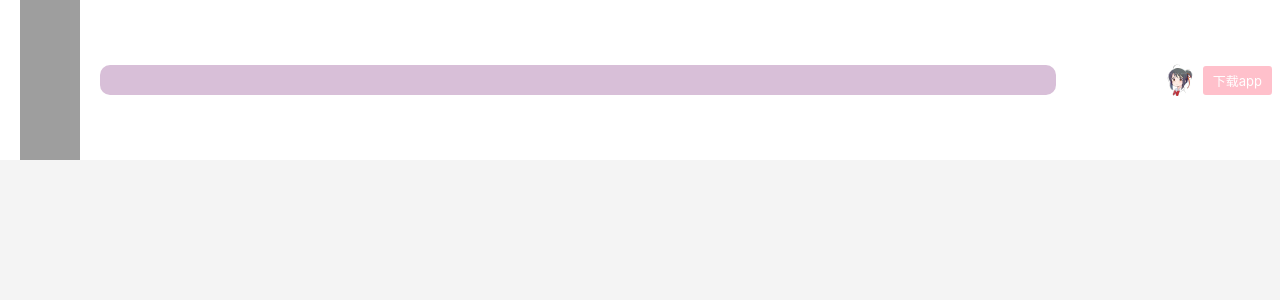
Repository: caiys666/bilibili
Page: /#/userinfo
These files come from the project's save history. The page is drawn as it stood at one moment and after the next save; the edit follows.
The browser window is 1280 px wide. The pictures show the whole page.
Pictures or frames that could not be fetched are drawn as grey boxes. The project was rebuilt for these pictures with package versions that can differ from the ones it lists, and the page was loaded fresh each time. Also part of the build but not shown: vue.config.js, src/components/HelloWorld.vue, src/views/Home.vue.

Above is the page before, as saved 2020-10-01 21:26:20.

### src/main.js
import Vue from 'vue';
import App from './App.vue';
import router from './router';
import store from './store';
import Vant from 'vant';
import 'vant/lib/index.css';
import http from '../http'
import { Toast } from 'vant';

Vue.prototype.$msg = Toast
Vue.prototype.$http = http
Vue.use(Vant);
Vue.config.productionTip = false

new Vue({
  router,
  store,
  render: h => h(App)
}).$mount('#app')

### src/App.vue
<template>
<div id="app">

    <router-view />
</div>
</template>

<style>
body {
    margin: 0;
    padding: 0;
    box-sizing: border-box;
    background-color: #f4f4f4;
}
p{
    margin: 0;
    padding: 0;
}
</style>

### src/router/index.js
import Vue from 'vue'
import VueRouter from 'vue-router'
import Home from '../views/Home.vue'

Vue.use(VueRouter)

const routes = [
  {
    path: '/home',
    name: 'Home',
    component: Home
  },
  {
    path: '/login',
    name: 'Login',
    component: () => import(/* webpackChunkName: "about" */ '../views/Login.vue')
  },
  {
    path: '/userinfo',
    name: 'userinfo',
    component: () => import(/* webpackChunkName: "about" */ '../views/userinfo.vue')
  },
  {
    path: '/',
    name: 'Register',
    // route level code-splitting
    // this generates a separate chunk (about.[hash].js) for this route
    // which is lazy-loaded when the route is visited.
    component: () => import(/* webpackChunkName: "about" */ '../views/register.vue')
  }
]

const router = new VueRouter({
  routes
})

export default router

### http.js
import axios from 'axios'

const http = axios.create({
    baseURL:'http://112.74.99.5:3000/web/api'
})

export default http

### src/views/userinfo.vue
<template>
    <div>
        <navbar></navbar>
    </div>
</template>

<script>
import Navbar from '../components/commn/Navbar.vue'
    export default {
        components:{
            Navbar
        }
    }
</script>

<style scoped>

</style>

### src/components/commn/Navbar.vue
<template>
    <div class="navbar">
        <div class="logo">
            <img src="../../assets/logo.jpg" alt="">
        </div>
        <div>
            <p></p>
        </div>
        <div>
            <img src="../../assets/user.jpg" alt="">
            <p>下载app</p>
        </div>
    </div>
</template>

<script>
    export default {

    }
</script>

<style lang='less' scoped>
.navbar{
    height: 12.5vw;
    background-color: white;
    display: flex;
    div:nth-child(2){
        flex: 1;
        display: flex;
        align-items: center;
        p{
            background-color: thistle;
            padding: 15px 0px;
            width: 90%;
            border-radius: 10px;
        }
    }
    div:nth-child(3){
        display: flex;
        justify-content: center;
        align-items: center;
        img{
            width: 32px;
            height: 32px;
        }
        p{
            padding: 5px 10px;
            margin: 0 8px;
            border-radius: 3px;
            background-color: pink;
            color: white;
            font-size: 13px;
        }
    }
}
.logo{
    width: 100px;
    display: flex;
    justify-content: center;
    align-items: center;
}
.logo img{
    width: 60%;
    height: 100%;
}
</style>

Loaded but not shown: public/index.html (common file); src/store/index.js (common file)

After the next save:
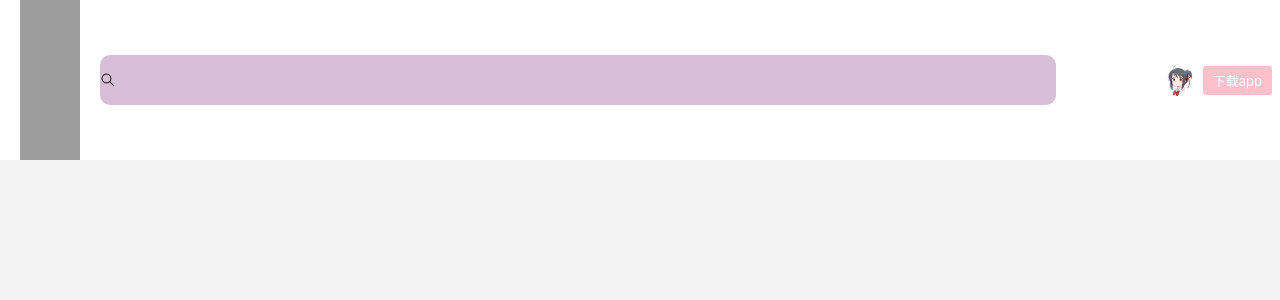
Saved 41 s later.
--- a/src/components/commn/Navbar.vue
+++ b/src/components/commn/Navbar.vue
@@ -4,7 +4,9 @@
             <img src="../../assets/logo.jpg" alt="">
         </div>
         <div>
-            <p></p>
+            <p>
+                <van-icon name="search" />
+            </p>
         </div>
         <div>
             <img src="../../assets/user.jpg" alt="">
